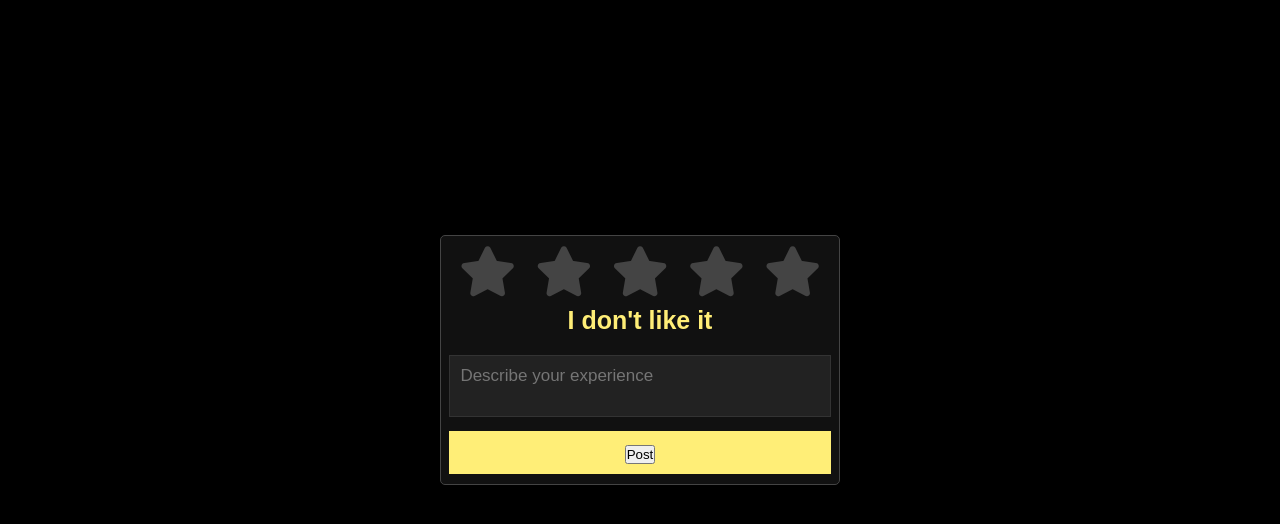
Repository: Suryansh-D/Star-Ratings
Page: index.html
These files come from the project's save history. The page is drawn as it stood at one moment and after a run of saves; the edit follows.
The browser window is 1280 px wide. The pictures show the whole page.

Above is the page before, as saved 2024-02-03 10:02:07.

### index.html
<!DOCTYPE html>
<html lang="en">
<head>
    <meta charset="UTF-8">
    <meta name="viewport" content="width=device-width, initial-scale=1.0">
    <title>Document</title>
</head>
<link rel="stylesheet" href="style.css">
<link rel="stylesheet" href="https://cdnjs.cloudflare.com/ajax/libs/font-awesome/5.15.3/css/all.min.css">
<body>
    <div class="container">
        <div class="stars">
            <input type="radio" name="rate" id="rate-5">
            <label for="rate-5" class="fas fa-star"></label>
            <input type="radio" name="rate" id="rate-4">
            <label for="rate-4" class="fas fa-star"></label>
            <input type="radio" name="rate" id="rate-3">
            <label for="rate-3" class="fas fa-star"></label>
            <input type="radio" name="rate" id="rate-2">
            <label for="rate-2" class="fas fa-star"></label>
            <input type="radio" name="rate" id="rate-1">
            <label for="rate-1" class="fas fa-star"></label>
            <form action="#">
                <header>I don't like it</header>
                <div class="textarea">
                <textarea cols="30" placeholder="Describe your experience"></textarea>
                </div>
                    <div class="btn">
                        <button type="submit">Post</button>
                        </div>
                 </form>
        </div>
    </div>
    <script></script>
</body>
</html>

### style.css
@import url('https://fonts.googleapis.com/css?family=Roboto:400,700');
* {
  margin: 0;
  padding: 0;
  box-sizing: border-box;
  font-family:'Poppins', sans-serif;
}
html, body {
  height: 100%;
  background-color: #000;
  place-items: center;
  display: grid;
  text-align: center;
}

.container {
  width: 400px;
  background: #111;
    padding: 20px , 30px;
    border: 1px solid #444;
    border-radius: 5px;
    display: flex;
    flex-direction: column;
    align-items: center;
    justify-content: center;
}
.container .stars input{
    display: none;
}
.stars label{
    font-size: 50px;
    color: #444;
    cursor: pointer;
    transition: all 0.2s ease;
    float: right;
    padding: 10px;

}
.stars input:not(:checked) ~ label:hover ,
.stars input:not(:checked) ~ label:hover ~ label{
    color: #ffcc00;
}
.stars input:checked ~ label{
    color: #ffcc00;
}
input#rate-5:checked ~ label#rate-5 ~ label#rate-4 ~ label#rate-3 ~ label#rate-2 ~ label#rate-1{
    color: #ffe7;
    text-shadow: 0 0 20px #952;
}
form header{
    width:100%;
    font-size: 25px;
    color: #fe7;
    font-weight: 700;
    margin: 5px 0 20px 0;
    text-align: center;
    transition: all 0.2s ease;
}

form .textarea{
    width: 100%;
   height: 100%;
   overflow: hidden;
}
form .textarea textarea{
    height: 100%;
    width:100%;
    outline: none;
    color: #fff;
    border: 1px solid #333;
    background: #222;
    padding: 10px;
    font-size: 17px;
    resize: none;
}
form .btn{
    height: 100%;
    width: 100%;
    background: #fe7;
    border: none;
    padding: 10px;
    font-size: 20px;
    color: #111;
    cursor: pointer;
    margin: 10px 0;
    transition: all 0.2s ease;
}

After the next 9 saves:
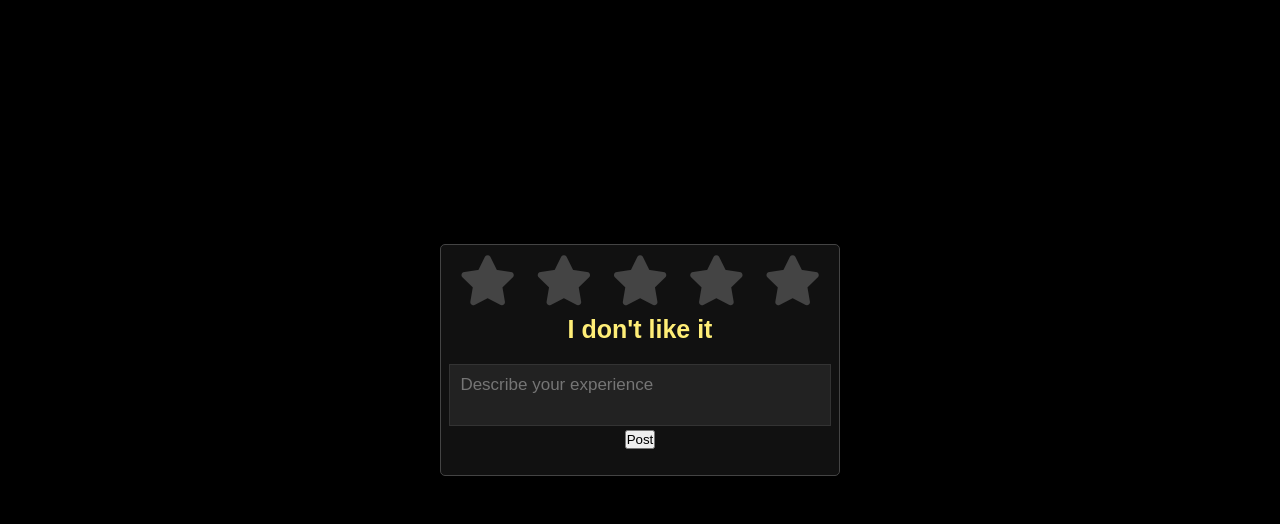
The 9 saves are shown as one change because they came seconds apart.
The last was saved 40 s later.
--- a/style.css
+++ b/style.css
@@ -74,14 +74,7 @@ form .textarea textarea{
     resize: none;
 }
 form .btn{
-    height: 100%;
-    width: 100%;
-    background: #fe7;
-    border: none;
-    padding: 10px;
-    font-size: 20px;
-    color: #111;
-    cursor: pointer;
-    margin: 10px 0;
-    transition: all 0.2s ease;
+  height: 45px;
+  width: 100%;
+  margin: ;
 }
